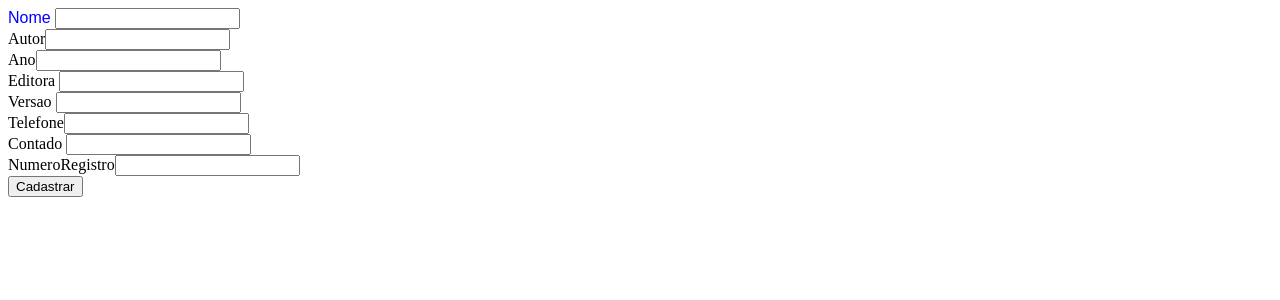
Repository: andersonsilvade/workspacejava
Page: WorkSpace/Lista1/WebContent/cadastro.html
These files come from the project's save history. The page is drawn as it stood at one moment and after the next save; the edit follows.
The browser window is 1280 px wide. The pictures show the whole page.

Above is the page before, as saved 2014-08-22 11:15:05.

After the next save:
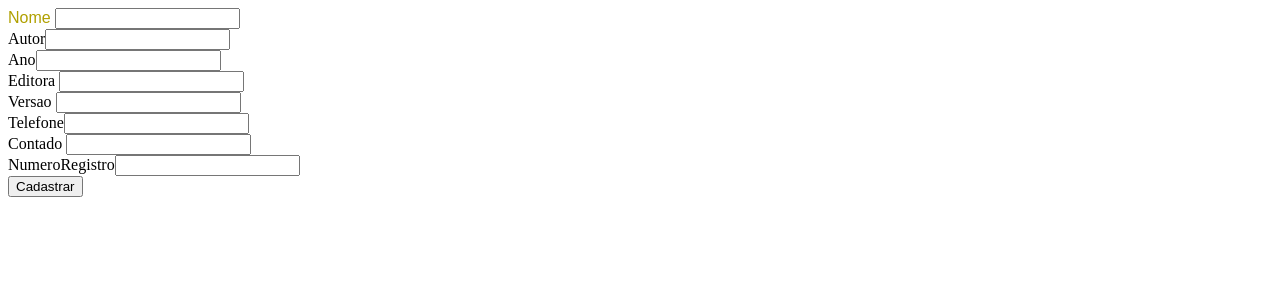
Saved 30 s later.
--- a/WorkSpace/Lista1/WebContent/cadastro.html
+++ b/WorkSpace/Lista1/WebContent/cadastro.html
@@ -6,7 +6,7 @@
 </head>
 <body>
 <form action="cl" method = "post">
-<font><font face="Arial" size="3" color="blue">Nome</font> <input type = "text" name = "nome" />
+<font><font face="Arial" size="3" color="blak">Nome</font> <input type = "text" name = "nome" />
 </br>
 Autor<input type = "text" name = "autor"/>
 </br>
